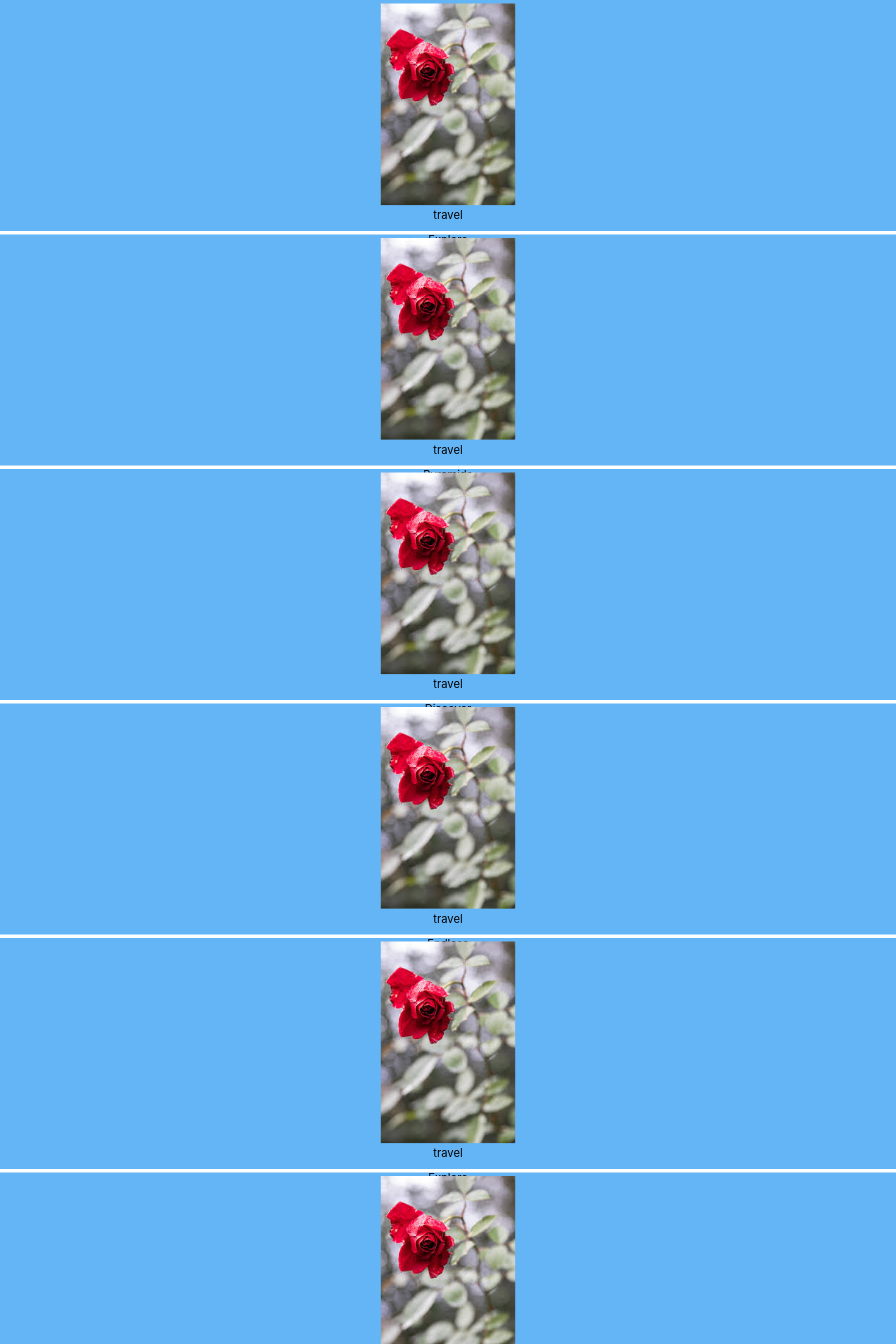
Repository: vakharia5/Preview
Page: /
An editor plug-in stored every save of this project. The page is shown before and after the next save, followed by the edit.
The browser window is 1280 px wide. The pictures show the part of the page from y = 0 to 1920 px (the page is 2698 px tall), at 70% of full size.
The project was rebuilt for these pictures with package versions that can differ from the ones it lists, and the page was loaded fresh each time.

Above is the page before, as saved 2020-06-22 15:15:55.

After the next save:
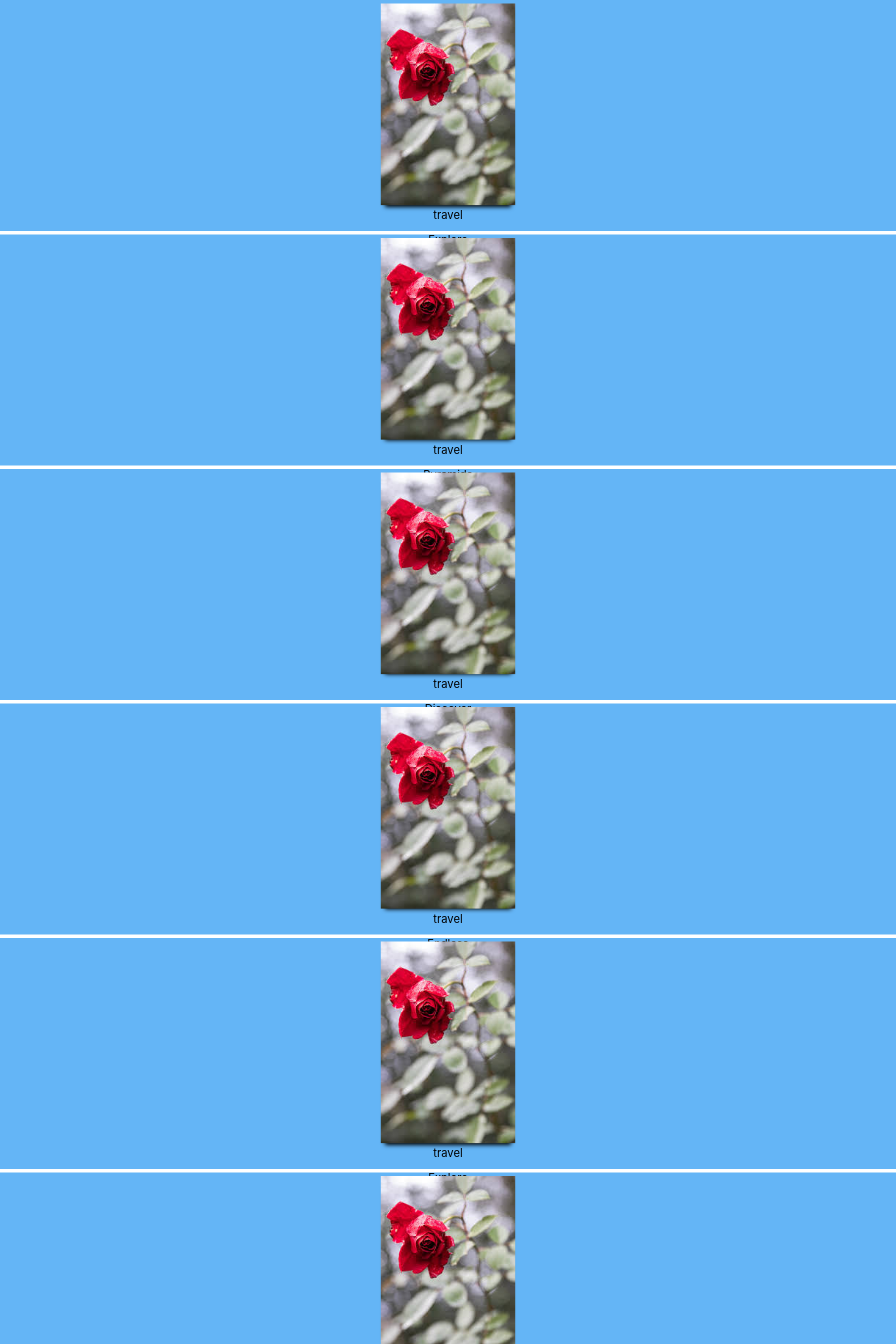
Saved 3 min 19 s later.
--- a/src/assets/css/Style.css
+++ b/src/assets/css/Style.css
@@ -8,7 +8,7 @@
 
 .Image {
     height: 18rem;
-    background-color: blue
+    box-shadow: 0 8px 6px -6px black;
 
 }
 
